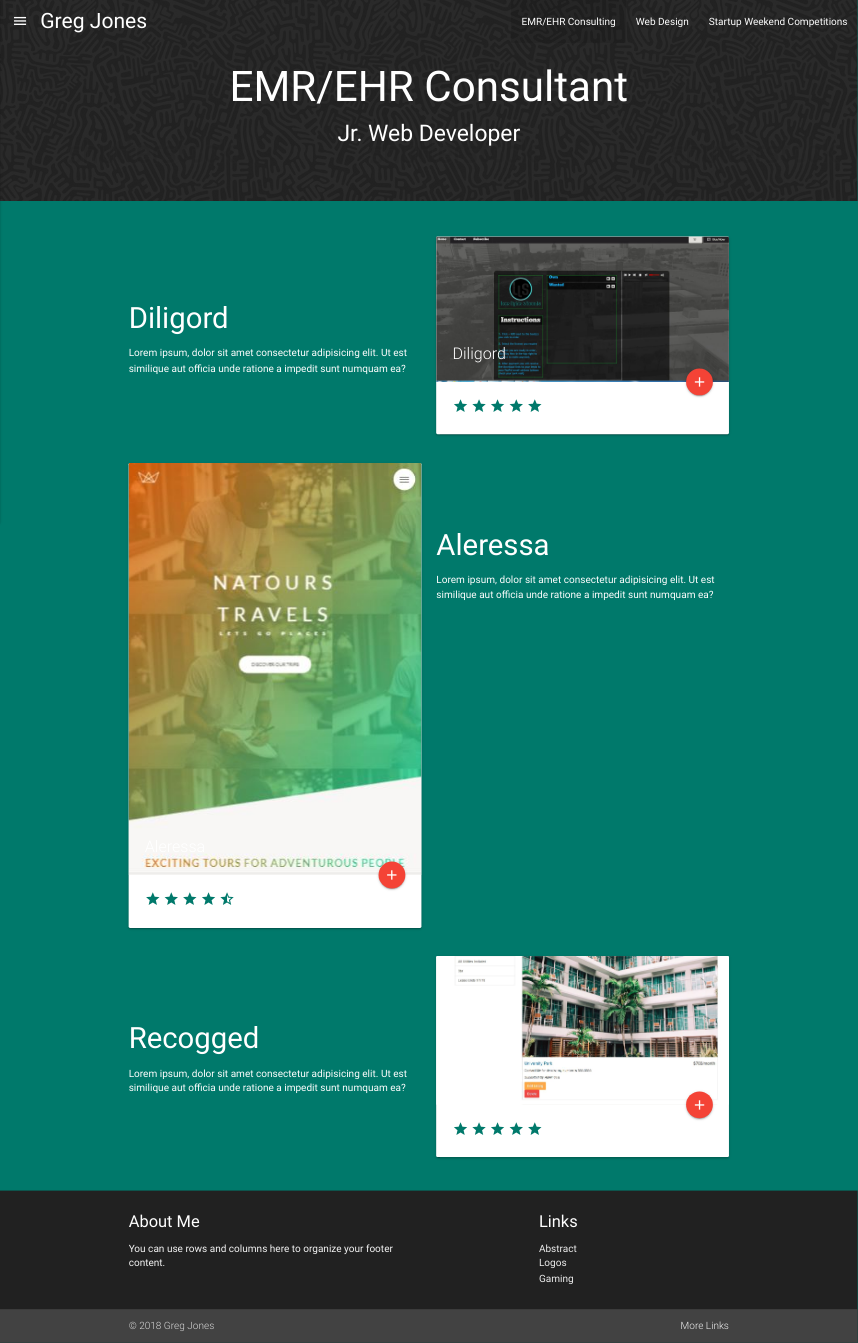
Repository: Greg919617/Existing-Portfolio
Page: sw.html
The author's editor kept a copy of each file at every save. The page is drawn from the files as they stood at one save, then again after the next save.
The browser window is 1280 px wide. The pictures show the whole page, at 67% of full size.
Some web libraries are served in a nearby version.

Above is the page before, as saved 2018-06-26 17:42:09.

### sw.html
<!DOCTYPE html>
<html>

<head>
  <!--Import Google Icon Font-->
  <link href="https://fonts.googleapis.com/icon?family=Material+Icons" rel="stylesheet">
  <!--Import materialize.css-->
  <link type="text/css" rel="stylesheet" href="css/materialize.min.css" media="screen,projection" />
  <link type="text/css" rel="stylesheet" href="css/main.css" />

  <!--Let browser know website is optimized for mobile-->
  <meta name="viewport" content="width=device-width, initial-scale=1.0" />
  <title>Galappear</title>
</head>

<body>
  <!-- Header -->
  <header class="main-header">
    <nav class="transparent nav-wrapper z-depth-0">
      <div class="nav-wrapper">
        <a href="#" data-activates="mobile-nav" class="button-collapse show-on-large">
          <i class="material-icons">menu</i>
        </a>
        <a href="index.html" class="brand-logo">Greg Jones</a>
        <ul class="right hide-on-med-and-down">
          <li class="active">
            <a href="index.html">EMR/EHR Consulting</a>
          </li>
          <li>
            <a href="web-design.html">Web Design</a>
          </li>
          <li>
            <a href="sw.html">Startup Weekend Competitions</a>
          </li>
        </ul>
      </div>
      <ul class="side-nav" id="mobile-nav">
        <li>
          <a href="index.html">EMR/EHR Consulting</a>
        </li>
        <li>
          <a href="web-design.html">Web Design</a>
        </li>
        <li>
          <a href="sw.html">Startup Weekend Competitions</a>
        </li>
      </ul>
    </nav>
    <h1 class="center">EMR/EHR Consultant</h1>
    <h4 class="center">Jr. Web Developer</h4>
  </header>

  <!-- Section: Main -->
  <section class="section section-main">
    <div class="container">
      <!-- Row 1 -->
      <div class="row row-1">
        <div class="col m6 hide-on-small-only">
          <div class="img-content">
            <h3>Diligord</h3>
            Lorem ipsum, dolor sit amet consectetur adipisicing elit. Ut est similique aut officia unde ratione a impedit sunt numquam
            ea?
          </div>
        </div>
        <div class="col m6">
          <div class="card">
            <div class="card-image">
              <img src="img/gallery/kleehomepage.jpg" alt="">
              <span class="card-title">Diligord</span>
              <a href="#abstract1" class="btn-floating halfway-fab waves-effect waves-light red modal-trigger">
                <i class="material-icons">add</i>
              </a>
            </div>
            <div class="card-content">
              <p>
                <i class="material-icons">star</i>
                <i class="material-icons">star</i>
                <i class="material-icons">star</i>
                <i class="material-icons">star</i>
                <i class="material-icons">star</i>
              </p>
            </div>
          </div>
        </div>
      </div>

      <!-- Row 2 -->
      <div class="row row-2">
        <div class="col m6">
          <div class="card">
            <div class="card-image">
              <img src="img/gallery/natoursheaderfinal.jpg" alt="">
              <span class="card-title">Aleressa</span>
              <a href="#abstract2" class="btn-floating halfway-fab waves-effect waves-light red modal-trigger">
                <i class="material-icons">add</i>
              </a>
            </div>
            <div class="card-content">
              <p>
                <i class="material-icons">star</i>
                <i class="material-icons">star</i>
                <i class="material-icons">star</i>
                <i class="material-icons">star</i>
                <i class="material-icons">star_half</i>
              </p>
            </div>
          </div>
        </div>
        <div class="col m6 hide-on-small-only">
          <div class="img-content">
            <h3>Aleressa</h3>
            Lorem ipsum, dolor sit amet consectetur adipisicing elit. Ut est similique aut officia unde ratione a impedit sunt numquam
            ea?
          </div>
        </div>
      </div>

      <!-- Row 3 -->
      <div class="row row-3">
        <div class="col m6 hide-on-small-only">
          <div class="img-content">
            <h3>Recogged</h3>
            Lorem ipsum, dolor sit amet consectetur adipisicing elit. Ut est similique aut officia unde ratione a impedit sunt numquam
            ea?
          </div>
        </div>
        <div class="col m6">
          <div class="card">
            <div class="card-image">
              <img src="img/gallery/apartment.jpg" alt="">
              <span class="card-title">Recogged</span>
              <a href="#abstract3" class="btn-floating halfway-fab waves-effect waves-light red modal-trigger">
                <i class="material-icons">add</i>
              </a>
            </div>
            <div class="card-content">
              <p>
                <i class="material-icons">star</i>
                <i class="material-icons">star</i>
                <i class="material-icons">star</i>
                <i class="material-icons">star</i>
                <i class="material-icons">star</i>
              </p>
            </div>
          </div>
        </div>
      </div>
    </div>
  </section>

  <!-- Footer -->
  <footer class="page-footer">
    <div class="container">
      <div class="row">
        <div class="col l6 s12">
          <h5 class="white-text">About Me</h5>
          <p class="grey-text text-lighten-4">You can use rows and columns here to organize your footer content.</p>
        </div>
        <div class="col l4 offset-l2 s12">
          <h5 class="white-text">Links</h5>
          <ul>
            <li>
              <a class="grey-text text-lighten-3" href="index.html">Abstract</a>
            </li>
            <li>
              <a class="grey-text text-lighten-3" href="logos.html">Logos</a>
            </li>
            <li>
              <a class="grey-text text-lighten-3" href="gaming.html">Gaming</a>
            </li>

          </ul>
        </div>
      </div>
    </div>
    <div class="footer-copyright">
      <div class="container">
        © 2018 Greg Jones
        <a class="grey-text text-lighten-4 right" href="#!">More Links</a>
      </div>
    </div>
  </footer>

  <!-- Modal 1 -->
  <div id="gaming1" class="modal">
    <div class="modal-content">
      <h4>Clossyo</h4>
      <img src="img/gallery/gaming1.jpg" alt="" class="responsive-img"> Lorem ipsum dolor sit amet consectetur adipisicing elit. Ipsum deleniti animi laboriosam, quisquam minus recusandae
      saepe delectus maxime a reiciendis!
    </div>
    <div class="modal-footer">
      <p>
        <i class="material-icons">star</i>
        <i class="material-icons">star</i>
        <i class="material-icons">star</i>
        <i class="material-icons">star</i>
        <i class="material-icons">star_half</i>
      </p>
    </div>
  </div>

  <!-- Modal 2 -->
  <div id="gaming2" class="modal">
    <div class="modal-content">
      <h4>Voyflen</h4>
      <img src="img/gallery/gaming2.jpg" alt="" class="responsive-img"> Lorem ipsum dolor sit amet consectetur adipisicing elit. Ipsum deleniti animi laboriosam, quisquam minus recusandae
      saepe delectus maxime a reiciendis!
    </div>
    <div class="modal-footer">
      <p>
        <i class="material-icons">star</i>
        <i class="material-icons">star</i>
        <i class="material-icons">star</i>
        <i class="material-icons">star</i>
        <i class="material-icons">star</i>
      </p>
    </div>
  </div>

  <!-- Modal 3 -->
  <div id="gaming3" class="modal">
    <div class="modal-content">
      <h4>Rendann</h4>
      <img src="img/gallery/gaming3.jpg" alt="" class="responsive-img"> Lorem ipsum dolor sit amet consectetur adipisicing elit. Ipsum deleniti animi laboriosam, quisquam minus recusandae
      saepe delectus maxime a reiciendis!
    </div>
    <div class="modal-footer">
      <p>
        <i class="material-icons">star</i>
        <i class="material-icons">star</i>
        <i class="material-icons">star</i>
        <i class="material-icons">star</i>
        <i class="material-icons">star</i>
      </p>
    </div>
  </div>

  <!--Import jQuery before materialize.js-->
  <script type="text/javascript" src="https://code.jquery.com/jquery-3.2.1.min.js"></script>
  <script type="text/javascript" src="js/materialize.min.js"></script>
  <script>
    $(document).ready(function () {
      // Init Sidenav
      $('.button-collapse').sideNav();

      // Init Modal
      $('.modal').modal();

      // Scrollfire
      const options = [
        {
          selector: '.row-1', offset: 50, callback: function (el) {
            Materialize.fadeInImage($(el));
          }
        },
        {
          selector: '.row-2', offset: 300, callback: function (el) {
            Materialize.fadeInImage($(el));
          }
        },
        {
          selector: '.row-3', offset: 400, callback: function (el) {
            Materialize.fadeInImage($(el));
          }
        }
      ];

      Materialize.scrollFire(options);

    });
  </script>
</body>

</html>

Loaded but not shown: css/materialize.min.css (library); css/main.css (library); js/materialize.min.js (library)

After the next save:
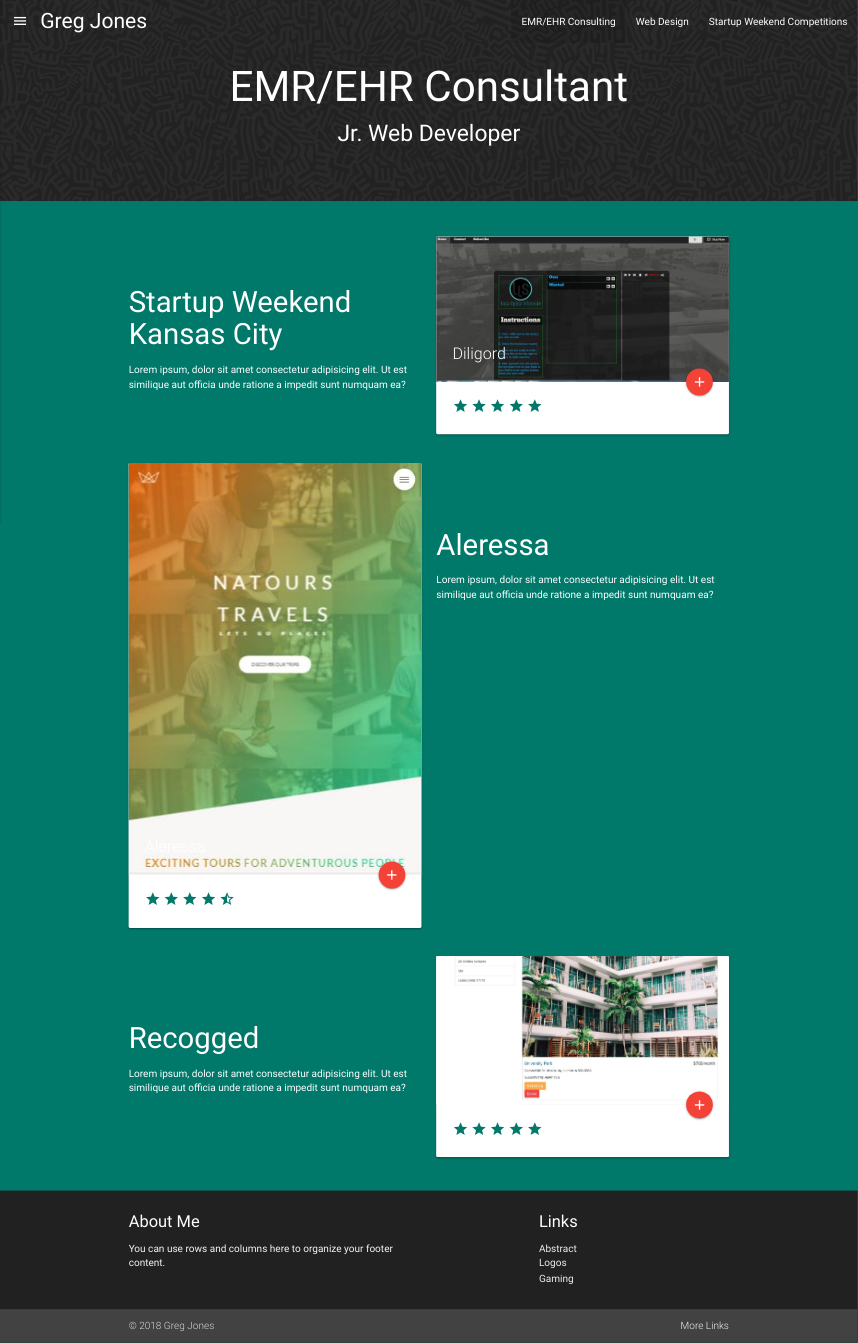
Saved 57 s later.
--- a/sw.html
+++ b/sw.html
@@ -57,7 +57,7 @@
       <div class="row row-1">
         <div class="col m6 hide-on-small-only">
           <div class="img-content">
-            <h3>Diligord</h3>
+            <h3>Startup Weekend Kansas City</h3>
             Lorem ipsum, dolor sit amet consectetur adipisicing elit. Ut est similique aut officia unde ratione a impedit sunt numquam
             ea?
           </div>
